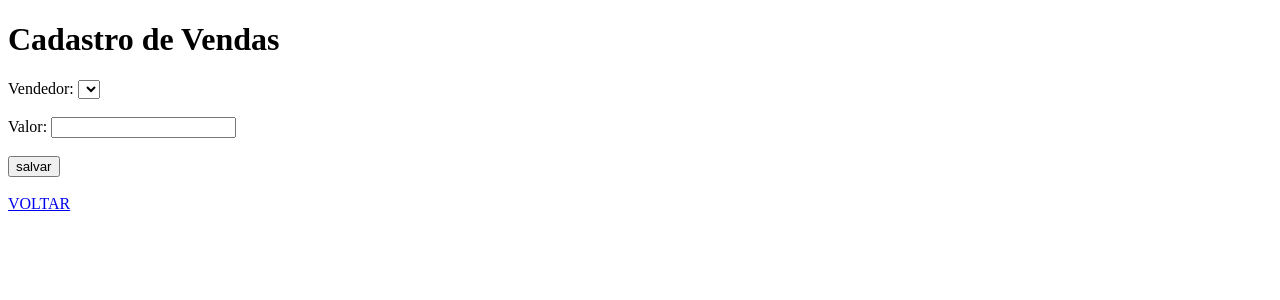
Repository: gabriellacrystina/workspaceWeb
Page: http://localhost/PrjVendas/CadastroVendas.jsp
An editor plug-in stored every save of this project. The page is shown before and after the next save, followed by the edit.
The browser window is 1280 px wide. The pictures show the whole page.
The page is served by Tomcat 9.

Above is the page before, as saved 2015-09-21 14:04:32.

After the next save:
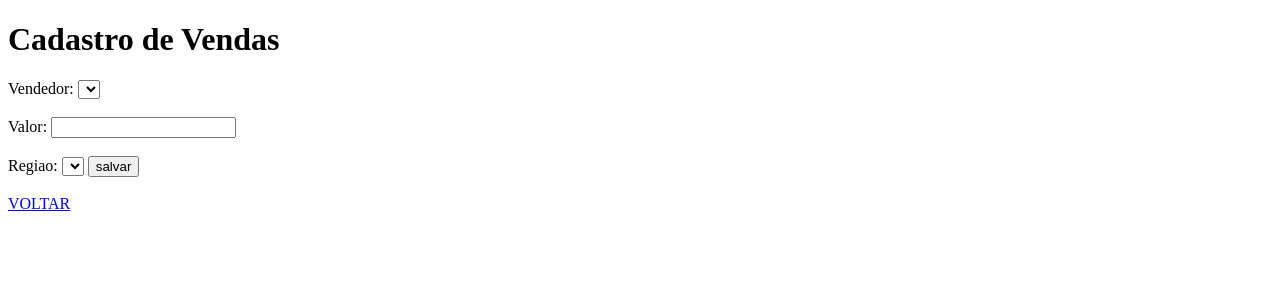
Saved 2 min 52 s later.
--- a/PrjVendas/WebContent/CadastroVendas.jsp
+++ b/PrjVendas/WebContent/CadastroVendas.jsp
@@ -16,7 +16,6 @@
 
 		Vendedor:
 		<select name="vendedor">
-
 		<%
 			ArrayList<Vendedor> listaVendedor = (ArrayList<Vendedor>) session.getAttribute("listaVendedor");
 
@@ -31,15 +30,12 @@
 
 		</select><br><br>
 		Valor: <input type="text" name="valor"><br><br>
+		Regiao:
+		<select name="regiao">
 
 
-
-
+		</select>
 		<input type="submit" name="btnSubmit" value="salvar"><br><br>
-
-
-
-
 		</form>
 		<a href="Menu.jsp">VOLTAR</a><br>
 	</body>
